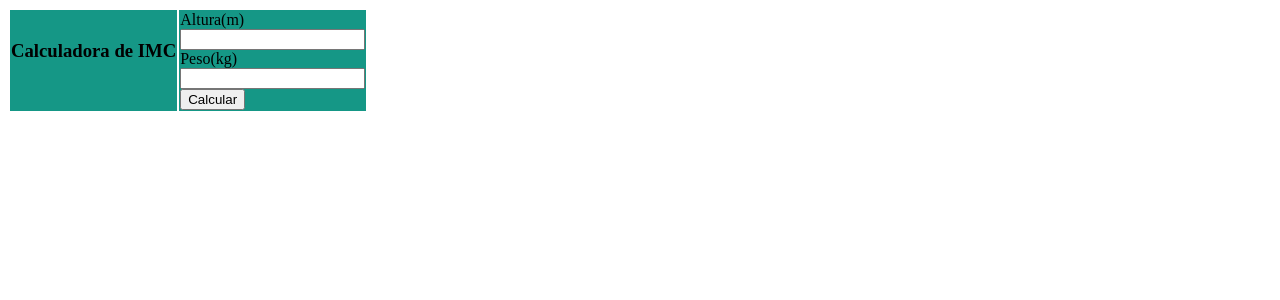
Repository: Patriciamativi/Projetos
Page: index.html
These files come from the project's save history. The page is drawn as it stood at one moment and after a run of saves; the edit follows.
The browser window is 1280 px wide. The pictures show the whole page.

Above is the page before, as saved 2022-11-21 14:30:07.

### index.html
<html>
    <head>
        <title>Calculadora de IMC</title>
        <meta charset="utf-8"/>

        <style type="text/css">
            tr {
                background-color: rgb(21, 151, 134);
            }
            td {

                background-color: rgb(21, 151, 134);
            }
        </style>
    </head>
<table border="0">
    <body>

        <tr>
            <th><h3>Calculadora de IMC</h3></th>
            <td>Altura(m)<br/>
            <input type: "number" > </br>
            Peso(kg)<br/>
            <input type: "number" > </br>
            <input type= "submit" value="Calcular">
  </td>
</tr>



    </table>
</body>
</html>

After the next 2 saves:
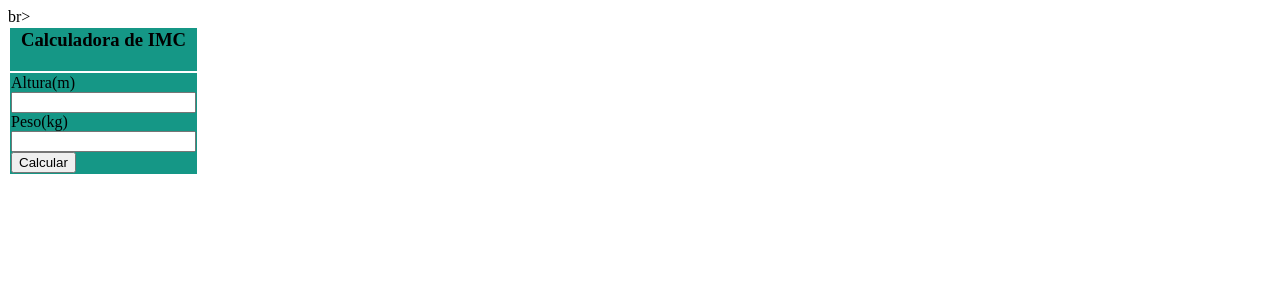
The 2 saves are shown as one change because they came seconds apart.
The last was saved 8 s later.
--- a/index.html
+++ b/index.html
@@ -17,7 +17,7 @@
     <body>
 
         <tr>
-            <th><h3>Calculadora de IMC</h3></th>
+            <th><h3>Calculadora de IMC</h3></th></tr>br>
             <td>Altura(m)<br/>
             <input type: "number" > </br>
             Peso(kg)<br/>
